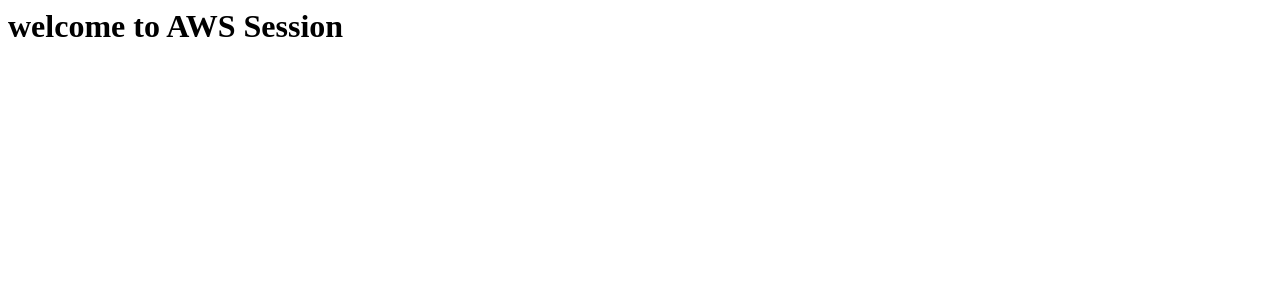
Repository: SontyanaNandini/Aws-Python-nandini
Page: template/index.html
An editor plug-in stored every save of this project. The page is shown before and after a run of saves, followed by the edit.
The browser window is 1280 px wide. The pictures show the whole page.

Above is the page before, as saved 2024-11-30 11:15:12.

### template/index.html
<html lang="en">
<head>
    <meta charset="UTF-8">
    <meta name="viewport" content="width=device-width, initial-scale=1.0">
    <title>Document</title>
</head>
<body>
    <h1>welcome to AWS Session</h1>
</body>
</html>

After the next 2 saves:
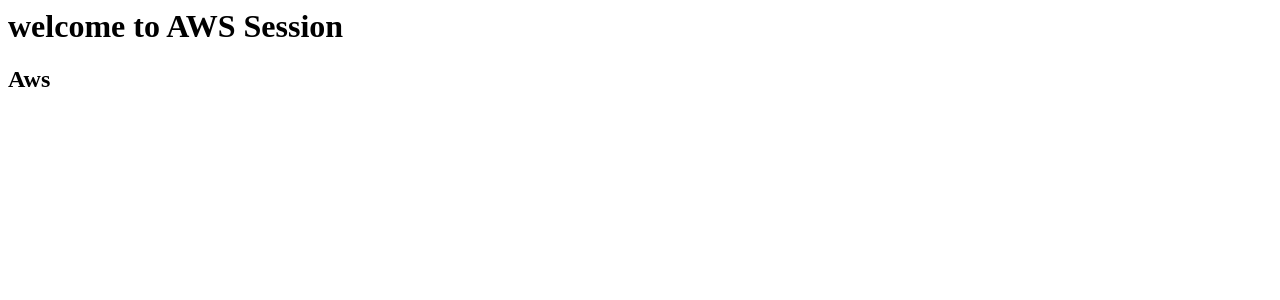
The 2 saves are shown as one change because they came seconds apart.
The last was saved 3 min 10 s later.
--- a/template/index.html
+++ b/template/index.html
@@ -6,5 +6,6 @@
 </head>
 <body>
     <h1>welcome to AWS Session</h1>
+    <h2>Aws</h2>
 </body>
 </html>
